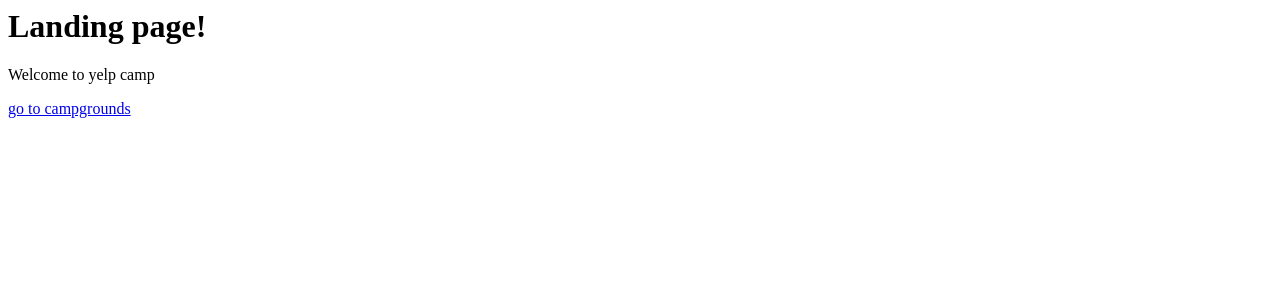
Repository: AlphaZach/yelpcamp
Page: http://localhost/
The author's editor kept a record of every edit. The page is drawn from the files as they stood at one moment, then again after the next edit.
The browser window is 1280 px wide. The pictures show the whole page.
The page is served by the project's Node server (v1/app.js).

Above is the page before.

After the next edit:
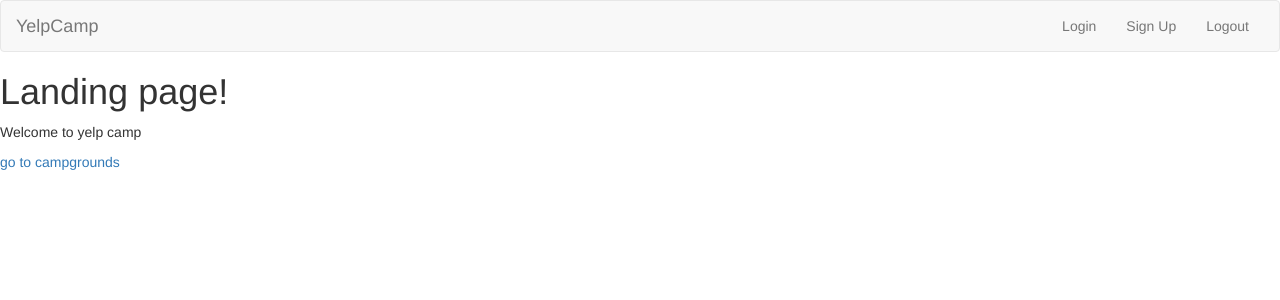
The edit:
--- a/v1/views/landing.ejs
+++ b/v1/views/landing.ejs
@@ -1,3 +1,5 @@
+<% include partials/header %>
+
 <h1>Landing page!</h1>
 
 <p>Welcome to yelp camp</p>
